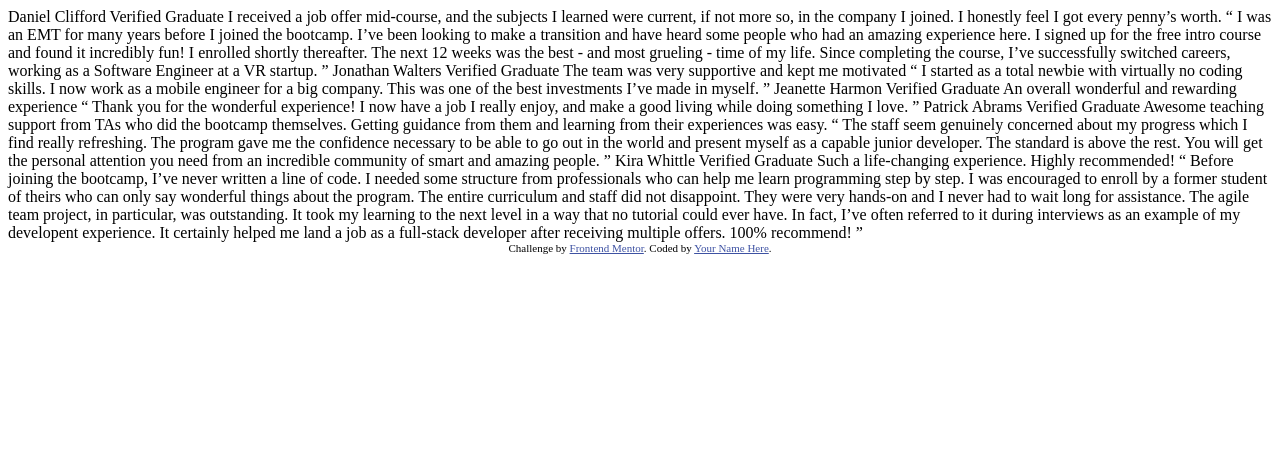
Repository: DejV44/testimonials_grid_section_main
Page: index.html
The author's editor kept a copy of each file at every save. The page is drawn from the files as they stood at one save, then again after the next save.
The browser window is 1280 px wide. The pictures show the whole page.
The style sheet was rebuilt from its Sass, Less or Tailwind sources for each picture, by a compiler version that may differ from the author's.

Above is the page before, as saved 2021-07-13 21:01:07.

### index.html
<!DOCTYPE html>
<html lang="en">
<head>
  <meta charset="UTF-8">
  <meta name="viewport" content="width=device-width, initial-scale=1.0">
  <link rel="stylesheet" href="css/style.css">
  <link rel="icon" type="image/png" sizes="32x32" href="./images/favicon-32x32.png">

  <title>Frontend Mentor | Testimonials grid section</title>
  <style>

  </style>
</head>
<body>
  Daniel Clifford
  Verified Graduate

  I received a job offer mid-course, and the subjects I learned were current, if not more so,
  in the company I joined. I honestly feel I got every penny’s worth.

  “ I was an EMT for many years before I joined the bootcamp. I’ve been looking to make a
  transition and have heard some people who had an amazing experience here. I signed up
  for the free intro course and found it incredibly fun! I enrolled shortly thereafter.
  The next 12 weeks was the best - and most grueling - time of my life. Since completing
  the course, I’ve successfully switched careers, working as a Software Engineer at a VR startup. ”

  Jonathan Walters
  Verified Graduate

  The team was very supportive and kept me motivated

  “ I started as a total newbie with virtually no coding skills. I now work as a mobile engineer
  for a big company. This was one of the best investments I’ve made in myself. ”

  Jeanette Harmon
  Verified Graduate

  An overall wonderful and rewarding experience

  “ Thank you for the wonderful experience! I now have a job I really enjoy, and make a good living
  while doing something I love. ”

  Patrick Abrams
  Verified Graduate

  Awesome teaching support from TAs who did the bootcamp themselves. Getting guidance from them and
  learning from their experiences was easy.

  “ The staff seem genuinely concerned about my progress which I find really refreshing. The program
  gave me the confidence necessary to be able to go out in the world and present myself as a capable
  junior developer. The standard is above the rest. You will get the personal attention you need from
  an incredible community of smart and amazing people. ”

  Kira Whittle
  Verified Graduate

  Such a life-changing experience. Highly recommended!

  “ Before joining the bootcamp, I’ve never written a line of code. I needed some structure from
  professionals who can help me learn programming step by step. I was encouraged to enroll by a former
  student of theirs who can only say wonderful things about the program. The entire curriculum and staff
  did not disappoint. They were very hands-on and I never had to wait long for assistance. The agile team
  project, in particular, was outstanding. It took my learning to the next level in a way that no tutorial
  could ever have. In fact, I’ve often referred to it during interviews as an example of my developent
  experience. It certainly helped me land a job as a full-stack developer after receiving multiple offers.
  100% recommend! ”

  <div class="attribution">
    Challenge by <a href="https://www.frontendmentor.io?ref=challenge" target="_blank">Frontend Mentor</a>.
    Coded by <a href="#">Your Name Here</a>.
  </div>
</body>
</html>

Loaded but not shown: css/style.scss (common file)

After the next save:
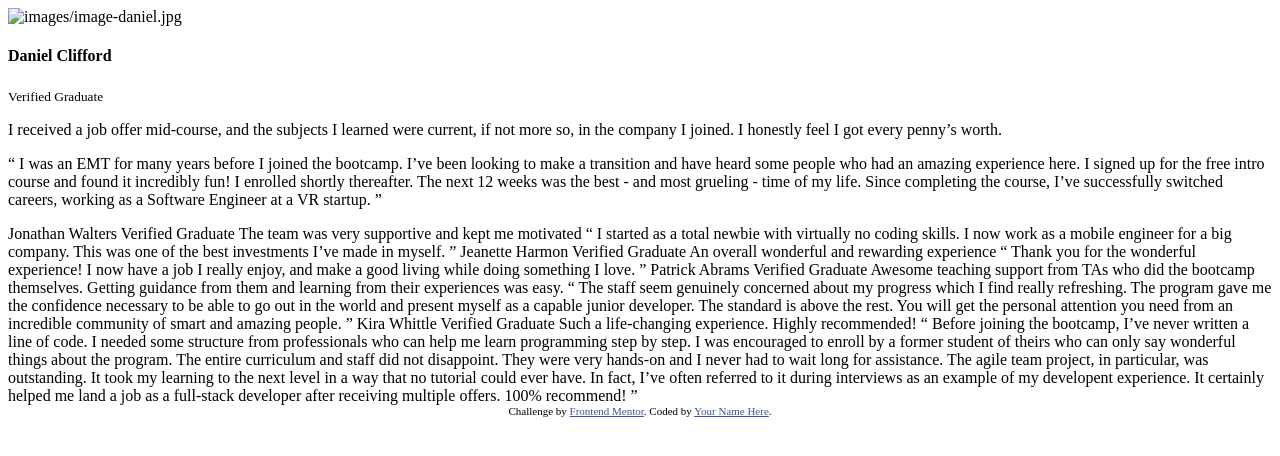
Saved 11 min 0 s later.
--- a/index.html
+++ b/index.html
@@ -7,22 +7,32 @@
   <link rel="icon" type="image/png" sizes="32x32" href="./images/favicon-32x32.png">
 
   <title>Frontend Mentor | Testimonials grid section</title>
-  <style>
-
-  </style>
 </head>
 <body>
-  Daniel Clifford
-  Verified Graduate
-
-  I received a job offer mid-course, and the subjects I learned were current, if not more so,
-  in the company I joined. I honestly feel I got every penny’s worth.
-
-  “ I was an EMT for many years before I joined the bootcamp. I’ve been looking to make a
+  <div class="container">
+    <div class="cards">
+      <div class="image">
+        <img src="#" alt="images/image-daniel.jpg">
+        <div>
+          <h4>Daniel Clifford</h4>
+          <small>Verified Graduate</small>
+        </div>
+      </div>
+      <p>I received a job offer mid-course, and the subjects I learned were  current, if not more so,
+  in the company I joined. I honestly feel I got every penny’s worth.</p>
+      <p>“ I was an EMT for many years before I joined the bootcamp. I’ve been looking to make a
   transition and have heard some people who had an amazing experience here. I signed up
   for the free intro course and found it incredibly fun! I enrolled shortly thereafter.
   The next 12 weeks was the best - and most grueling - time of my life. Since completing
-  the course, I’ve successfully switched careers, working as a Software Engineer at a VR startup. ”
+  the course, I’ve successfully switched careers, working as a Software Engineer at a VR startup. ”</p>
+    </div>
+  </div>
+
+
+
+
+
+
 
   Jonathan Walters
   Verified Graduate
